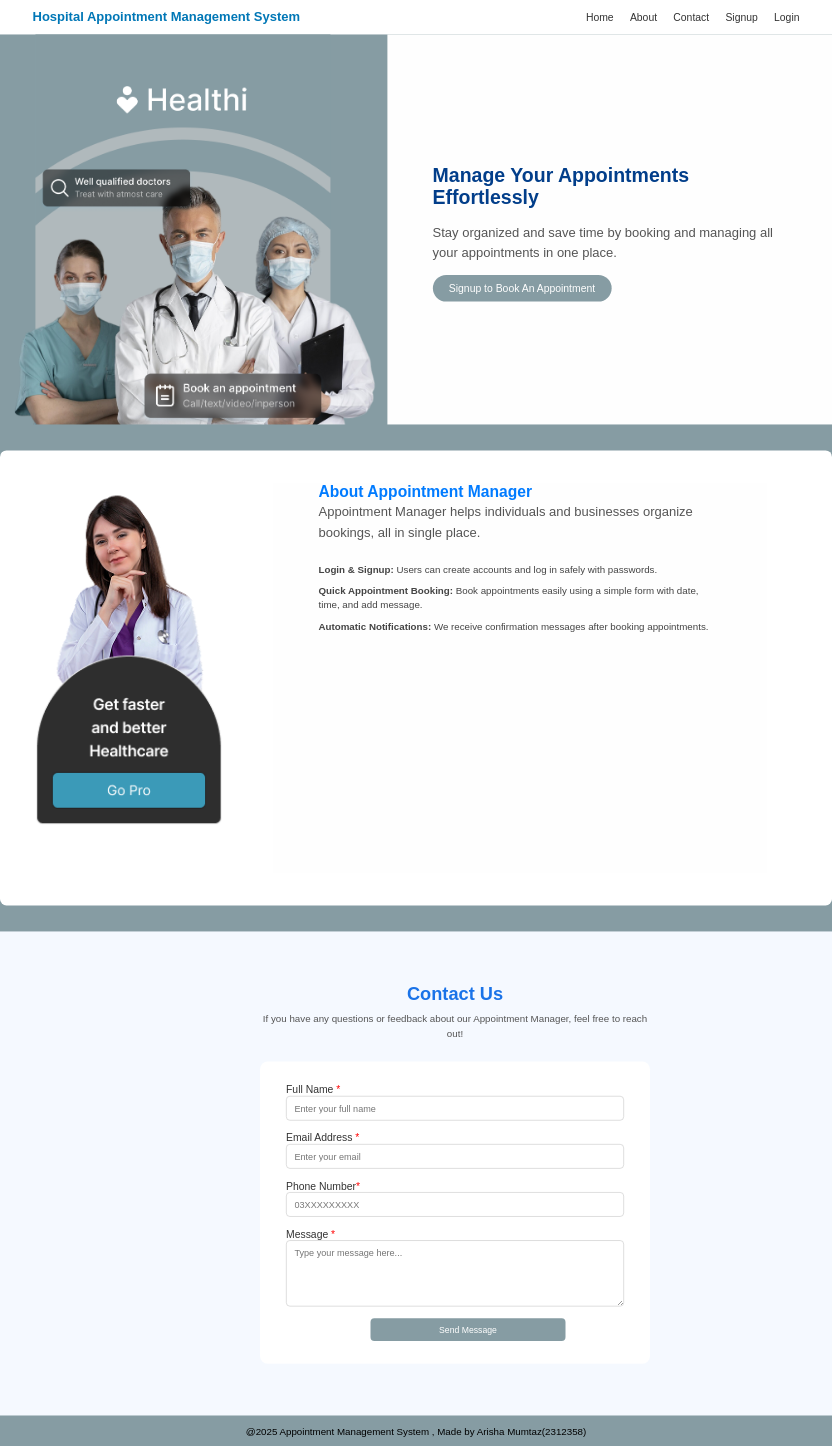
Repository: Arisha004/hospital-management-midterm-
Page: http://localhost/landingpage.html
These files come from the project's save history. The page is drawn as it stood at one moment and after a run of saves; the edit follows.
The browser window is 1280 px wide. The pictures show the whole page, at 65% of full size.
The page is run by PHP 8.4 with error messages shown; the project is at /var/www/html/.

Above is the page before, as saved 2025-11-08 14:27:02.

### landingpage.html

<html>
<head>
  <title>Appointment Management System</title>
  <link rel="stylesheet" href="style.css">
  <style>

  h2 {
    color: #007bff;
  }
  button{
  display: inline-block;
  background-color: #869CA3;
  color: #fff;
  padding: 10px 22px;
  border: none;
  border-radius: 6px;
  cursor: pointer;
  font-weight: 500;
   text-align: center;
}


a{
  color: white;
  text-decoration: none;
}
  </style>
</head>
<body>
  <header class="navbar">
    <div class="logo">Hospital Appointment Management System</div>
    <nav>
      <ul>
        <li><a href="#landing">Home</a></li>
        <li><a href="about.html">About</a></li>
        <li><a href="contact.html">Contact</a></li>
        <li><a href="signup.php">Signup</a></li>
        <li><a href="login.php">Login</a></li>

      </ul>
    </nav>
  </header>


  <section class="landing">
      <div class="right"></div>
    <div class="left">
      <h1>Manage Your Appointments Effortlessly</h1>
      <p>Stay organized and save time by booking and managing all your appointments in one place.</p>
      <a href="signup.php" class="btn">Signup to Book An Appointment</a>
    </div>

  </section>

<section class="container about-inner">
    <section class="landing">
      <div class="rightabout"></div>
    <div class="left">
        <h2>About Appointment Manager</h2>
        <p>Appointment Manager helps individuals and businesses organize bookings, all in single place.</p>
        <ul class="features">
              <li><strong> Login & Signup:</strong> Users can create accounts and log in safely with  passwords.</li>
<li><strong>Quick Appointment Booking:</strong> Book appointments easily using a simple form with date, time, and add message.</li>
<li><strong>Automatic Notifications:</strong> We receive confirmation messages after booking appointments.</li>

        </ul>
      </div>
    </div>
  </section>
  </section>

<section id="contact" class="contact">
    <div class="container contact-inner">
      <h2>Contact Us</h2>
      <p>If you have any questions or feedback about our Appointment Manager, feel free to reach out!</p>

      <form action="insertcontactform.php" method="post" class="contact-form">
        <div class="form-group">
          <label>Full Name <span>*</span></label>
          <input type="text" id="name" name="name" placeholder="Enter your full name" pattern="^[A-Za-z]{3,}( [A-Za-z]+)?$" title="Full name should contain only letters and spaces, and must be at least 3 characters long.">

        </div>

        <div class="form-group">
          <label>Email Address <span>*</span></label>
          <input type="email" id="email" name="email" placeholder="Enter your email" title="Please enter a valid email address, e.g. example@gmail.com." required>
        </div>

        <div class="form-group">
          <label>Phone Number<span>*</span></label>
          <input type="tel" id="phone" name="phone" placeholder="03XXXXXXXXX" required pattern="[0-9]{11}" title="Enter 11-digit number only">
        </div>

        <div class="form-group">
          <label>Message <span>*</span></label>
          <textarea id="message" name="message" rows="5" placeholder="Type your message here..." required  pattern=".*\S.*" minlength="10"  title="Message must be at least 10 characters long.Cannot enter only spaces"></textarea>
        </div>

        <button type="submit" class="btn">Send Message</button>
      </form>
    </div>
</section>



  <footer>
    <p> @2025 Appointment Management System , Made by Arisha Mumtaz(2312358)</p>
  </footer>
</body>
</html>

### style.css

* {
  margin: 0;
  padding: 0;
  font-family: 'Poppins', sans-serif;
}

body {
  background: #869CA3;
  color: #333;
}

.about {
  background-color: #f9f9f9;
  padding: 80px 0; /*80px top & bottom, 0 left & right */
}

.about-image img {

  width: 450px;
  border-radius: 10px;
}

.about-content {
  margin-top: 20px;
  width: 300px;
}

.about-content h2 {
  font-size: 28px;
  color: #1a73e8;
  margin-bottom: 15px;
}

.about-content p {
  font-size: 16px;
  color: #555;
  line-height: 1.6;
  margin-bottom: 20px;
}

.features {
  list-style: none;
  padding: 0;
  margin-bottom: 25px;
}

.features li {
  margin-bottom: 10px;
  color: #444;
  font-size: 15px;
  line-height: 1.5;
}



.contact {
  background-color: #f5f9ff;
  padding: 80px 0;
}

.contact-inner {
  width: 600px;
  margin-left: 400PX;
  text-align: center;
}

.contact h2 {
  font-size: 28px;
  color: #1a73e8;
  margin-bottom: 10px;
}

.contact p {
  color: #555;
  margin-bottom: 30px;
  font-size: 15px;
  line-height: 1.6;
}

.card {
  background-color: #869CA3;
  width: 280px;
  padding: 20px;
  border-radius: 10px;
  box-shadow: 0 0 8px rgba(0,0,0,0.1);
  text-align: left;
}
.card-container {
  display: flex;
  justify-content: center;
  gap: 20px;
}


.card h4 {
  font-size: 18px;
  margin-bottom: 10px;
  color: lightcyan;
}

.card p {
  font-size: 15px;
  color: whitesmoke;
  line-height: 1.5;
}



.contact-form {
  background-color: #fff;
  padding: 35px 40px;
  border-radius: 12px;
  text-align: left;
}

.form-group {
  margin-bottom: 18px;
}
.about-cards {
  text-align: center;
  padding: 40px 20px;
  background-color: #f5f5f5;
}

.about-cards h3 {
  font-size: 24px;
  margin-bottom: 30px;
  color: black;
}


label {
  font-weight: 500;
  margin-bottom: 6px;
  color: #333;
}

label span {
  color: red;
}

input, textarea {
  width: 100%;
  padding: 10px 12px;
  border: 1px solid #ccc;
  border-radius: 6px;
  font-size: 14px;
}



.contact-form .btn {
  display: inline-block;
  background-color: #869CA3;
  color: #fff;
  padding: 10px 22px;
  border: none;
  border-radius: 6px;
  cursor: pointer;
  font-weight: 500;

  margin-left: 130px;
   text-align: center;
}


.navbar {
  display: flex;
  justify-content: space-between;
  align-items: center;
  padding: 15px 50px;
  background: #fff;

 }

.navbar .logo {
  font-weight: 700;
  font-size: 20px;
  color: #0077b6;
}

.navbar ul {
  display: flex;
  list-style: none;
}

.navbar ul li a {
  text-decoration: none;
  color: #333;
  margin-left: 25px;
}

/*.landing becomes a flex container.
Its children (e.g., .left and .right) automatically become flex items.flex items are IN horizontally (row direction).*/

.landing {
  display: flex;
  height: 600px;
}


  button{

  display: inline-block;
  background-color: #869CA3;
  color: #fff;
  padding: 10px 22px;
  border: none;
  border-radius: 6px;
  cursor: pointer;
  font-weight: 500;

   text-align: center;
}


.landing .left {

  width: 50%;
  padding: 0 70px; /*adds 70px space on left and right (inner spacing).*/
  background: #fefefe;
}


.landing .left h1 {
  margin-top: 200px;
  font-size: 30px;
  color: #023e8a;
  margin-bottom: 20px;
}

.landing .left p {
  font-size: 20px;
  color: #555;
  margin-bottom: 30px;
  line-height: 1.6;
}

.btn {
  background: #869CA3;
  color: #fff;
  padding: 12px 25px;
  border-radius: 30px;
  text-decoration: none;
  font-weight: 300;
  width: 300px;
}


.landing .right {
  width:700px;
  background:url(images/pic1.png);
  background-repeat: no-repeat;
  background-size: cover;
}





.form1-container {
  width: 520px;
  margin: 80px auto;
  background: white;
  padding: 20px;
  border-radius: 8px;
}

.form1-container h2 {
  text-align: center;
  color: #333;
}

.form1-container label {
  display: block;
  margin-top: 10px;
  color: #555;
}

.form1-container input {
  width: 100%;
  padding: 8px;
  margin-top: 5px;
  border: 1px solid #ccc;
  border-radius: 4px;
}

.form1-container button {
  width: 100%;
  margin-top: 15px;
  padding: 10px;
  background: #869CA3;
  border: none;
  color: white;
  border-radius: 4px;
  cursor: pointer;
}


.form1-container p {
  text-align: center;
  margin-top: 10px;
}

.success {
  text-align: center;
  background: #d4edda;
  color: #155724;
  padding: 8px;
  border-radius: 5px;
  margin: 10px auto;
  width: 320px;
}

.error {
  text-align: center;
  background: #f8d7da;
  color: #721c24;
  padding: 8px;
  border-radius: 5px;
  margin: 10px auto;
  width: 320px;
}

footer {
  text-align: center;
  padding: 15px;
 background-color:#869CA3;
  color: black;
  font-size: 15px;

}

.container.about-inner {
  padding: 50px 20px;
  background-color: #fff;
  margin: 40px auto;

  border-radius: 10px;

}
.landing .rightabout {
  width:400px;
  background:url(images/pic2.png);
  background-repeat: no-repeat;
  background-size: contain;
}



.about-content {
  width: 600px;
}

.about-content h2 {
  font-size: 28px;
  margin-bottom: 15px;
  color: #222;
}

.about-content p {
  font-size: 16px;
  line-height: 1.6;
  margin-bottom: 15px;
}

After the next 2 saves:
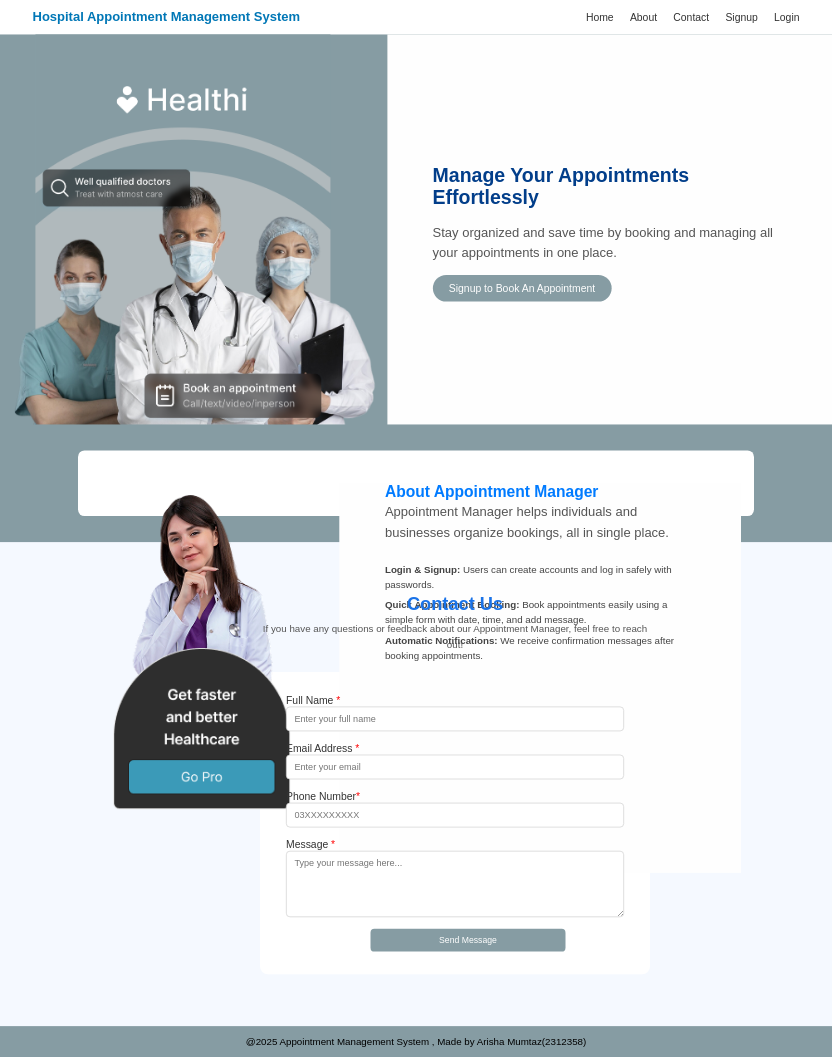
The 2 saves are shown as one change because they came seconds apart.
The last was saved 11 s later.
--- a/style.css
+++ b/style.css
@@ -336,7 +336,8 @@ footer {
   padding: 50px 20px;
   background-color: #fff;
   margin: 40px auto;
-
+  width: 1000px;
+  height: 1px;
   border-radius: 10px;
 
 }
